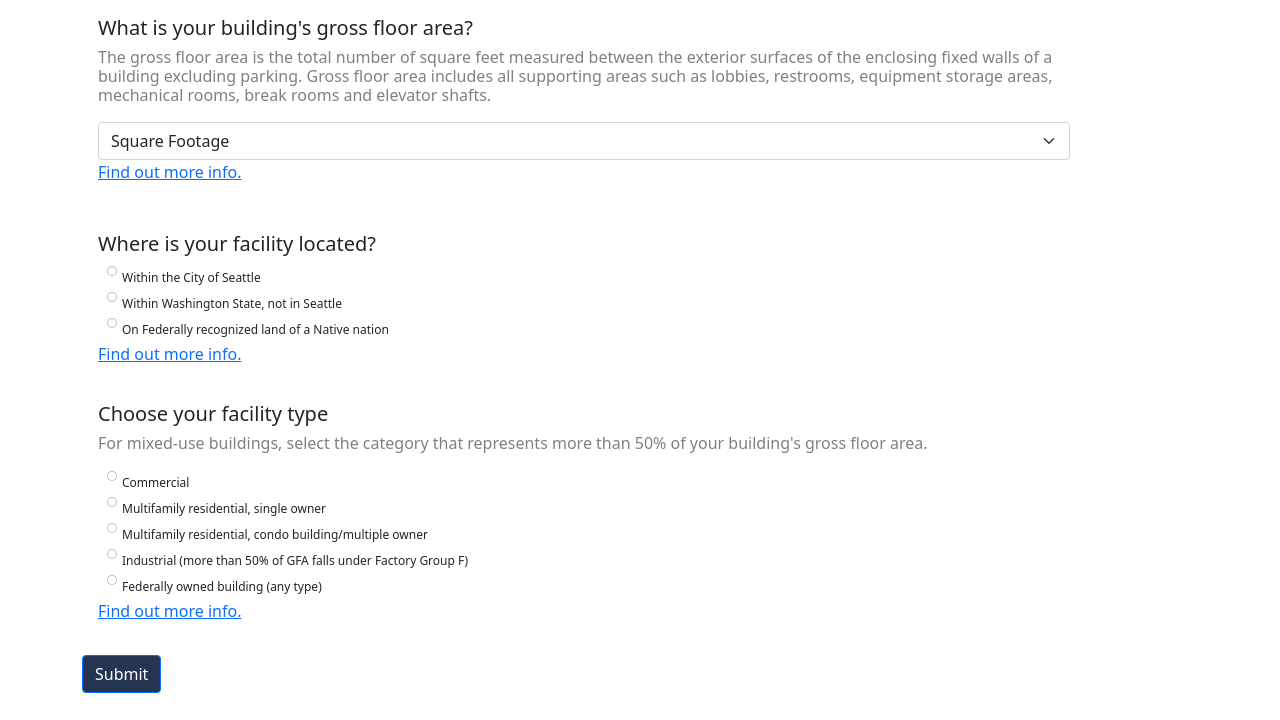
Repository: ChaidGPT/SershonSystemsQuiz
Page: index.html
These files come from the project's save history. The page is drawn as it stood at one moment and after the next save; the edit follows.
The browser window is 1280 px wide. The pictures show the whole page.

Above is the page before, as saved 2023-07-07 15:55:22.

After the next save:
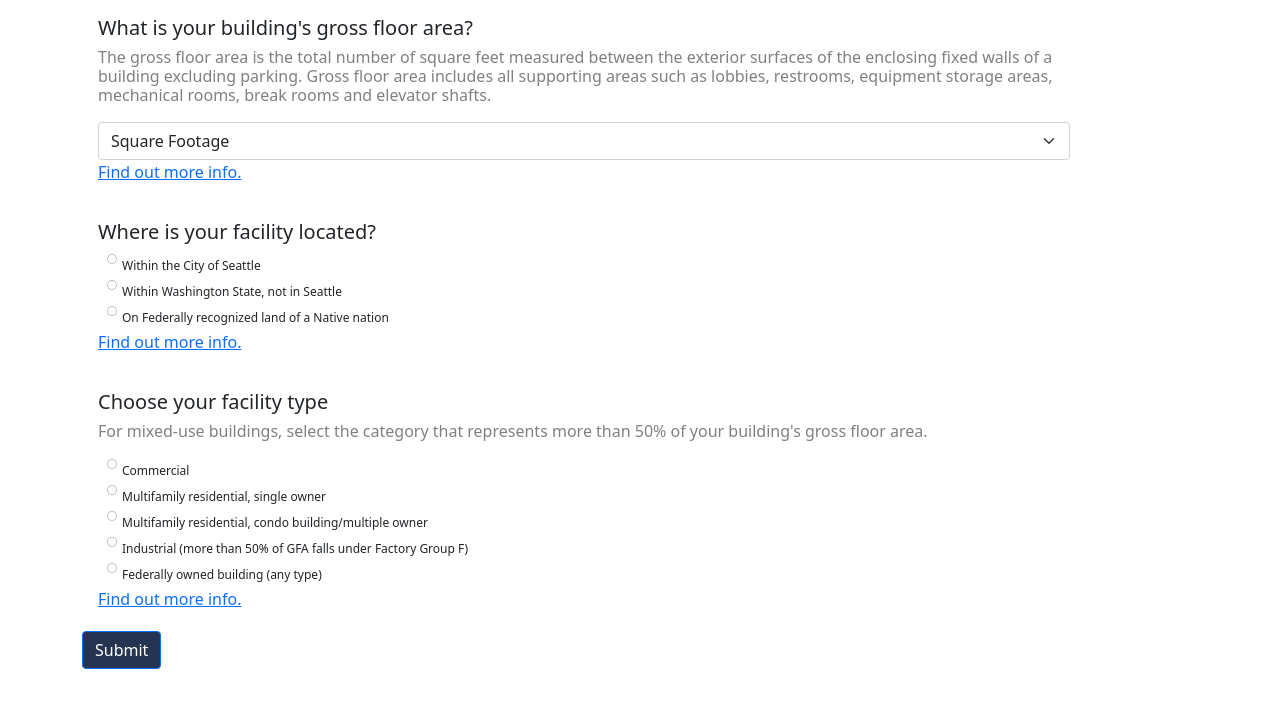
Saved 23 s later.
--- a/index.html
+++ b/index.html
@@ -42,7 +42,7 @@
 <body>
 	<div class="container">
 		<!-- Question 1 Card -->
-		<div class="card mb-3">
+		<div class="card mb-1">
 			<div class="card-body">
 				<h5 class="card-title">What is your building's gross floor area?</h5>
 				<p class="card-text">The gross floor area is the total number of square feet measured between the exterior surfaces of the enclosing fixed walls of a building excluding parking. Gross floor area includes all supporting areas such as lobbies, restrooms, equipment storage areas, mechanical rooms, break rooms and elevator shafts.</p>
@@ -87,7 +87,7 @@
 		<!-- Question 2 Card End -->
 
 		<!-- Question 3 Card -->
-		<div class="card mb-3">
+		<div class="card mb-1">
 			<div class="card-body">
 				<h5 class="card-title">Choose your facility type</h5>
 				<p class="card-text">For mixed-use buildings, select the category that represents more than 50% of your building's gross floor area.</p>
